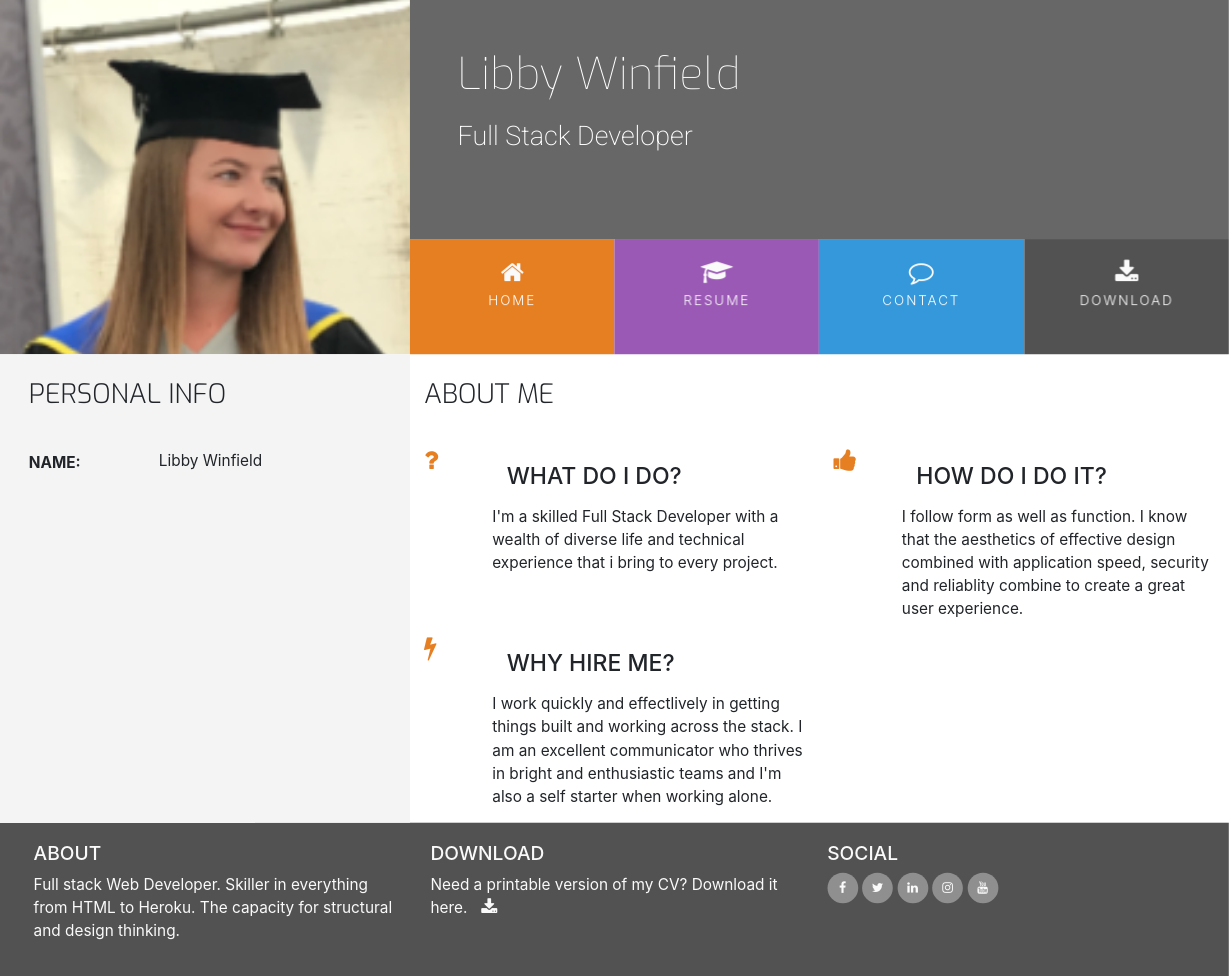
Repository: LibbyWin/CV
Page: index.html
The author's editor kept a record of every edit. The page is drawn from the files as they stood at one moment, then again after the next edit.
The browser window is 1280 px wide. The pictures show the whole page, at 96% of full size.

Above is the page before.

After the next edit:
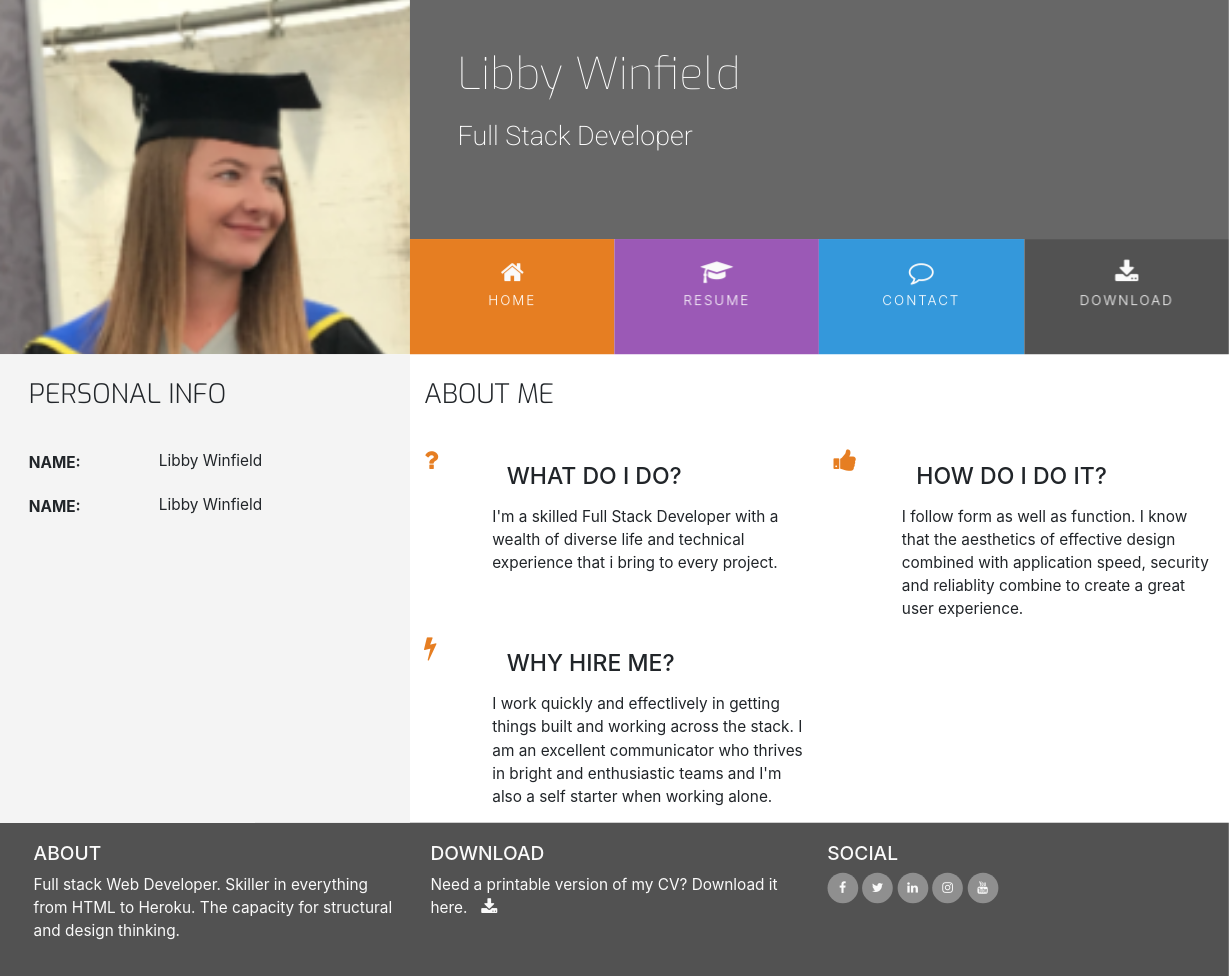
The edit:
--- a/index.html
+++ b/index.html
@@ -60,6 +60,19 @@
                         </h3>
                     </div>
                 </div>
+                <div class="personal-info-item">
+                    <div class="key">
+                        <p class="uppercase">
+                            Name:
+                        </p>
+                    </div>
+                    <div class="value">
+                        <p>
+                            Libby Winfield
+                        </p>
+                    </div>
+                </div>
+
                 <div class="personal-info-item">
                     <div class="key">
                         <p class="uppercase">
